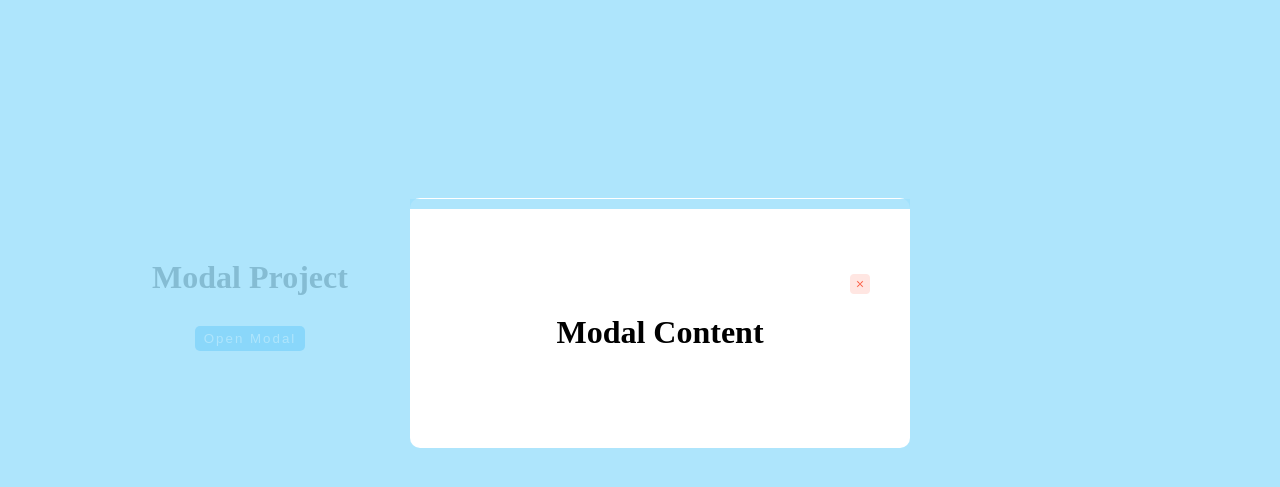
Repository: Trapti10/20-js-practice-projects-in-7-days-challenge
Page: Project_4_Modal_Project/index.html
These files come from the project's save history. The page is drawn as it stood at one moment and after the next save; the edit follows.
The browser window is 1280 px wide. The pictures show the whole page.

Above is the page before, as saved 2025-11-24 14:01:20.

### Project_4_Modal_Project/index.html
<!DOCTYPE html>
<html lang="en">
<head>
    <meta charset="UTF-8">
    <meta name="viewport" content="width=device-width, initial-scale=1.0">
    <title>Modal Project</title>
    <link rel="stylesheet" href="style.css">
</head>
<body>
    <div class="hero">
     <div class="bg-img"  background-img>

    </div>
    <div class="card">
        <h1>Modal Project</h1>

        <button class="Open">
            Open Modal
        </button>
       </div>
       </div>
       <div class="modal-overlay">
        <div class="madal-container">
            <header></header>
            <img src="assests/close.png" alt="">
            <div class="modalContent">
                <h1>Modal Content</h1>
            </div>
            <footer></footer>
        </div>
       </div>
    <script src="script.js"></script>
</body>
</html>

### Project_4_Modal_Project/style.css
*{
    margin: 0;
    padding: 0;
}
.hero{
    place-items: center;
}
.bg-img{
    height: 100vh;
    background-position: center center;
    background-repeat: no-repeat;
    position: relative;
    background-size: max(2200px, 100vw);
    background-image: url("https://png.pngtree.com/thumb_back/fh260/background/20230714/pngtree-simplicity-in-blue-a-living-room-interior-design-with-decor-and-image_3888158.jpg");
    background-repeat: no-repeat;
    align-items: center;
    margin-top: 0;
    align-items: center;

}

.card{
    position: absolute;
    top: 25%;
    background: white;
    min-height: 250px;
    min-width: 500px;
    display: flex;
    justify-content: center;
    align-items:center ;
    flex-direction: column;
    border: none;
    border-radius: 10px;
    gap: 30px;
}

button{
    height: 25px;
    width: 110px;
    color: white;
    background: rgb(29, 166, 246);
    border: none;
    letter-spacing: 2px;
    border-radius: 5px;
    padding: 0 4px;
}

button:hover{
    background: transparent;
    color: black;
    border: 2px solid rgb(29, 166, 246);
}

.modal-overlay{
    background: rgba(159, 225, 252, 0.84);
    position: fixed;
    top: 0;
    left: 0;
    width: 100%;
    height: 100%;
    place-items:center;
    display: grid;
    transition: 400ms ease;
    padding: 35px 20px;
    /* visibility: visible; */
    /* z-index: -10; */
}

.madal-container{
    position: absolute;
    top: 25%;
    background: white;
    min-height: 250px;
    min-width: 500px;
    /* position: fixed; */
    display: flex;
    justify-content: center;
    align-items:center ;
    flex-direction: column;
    border: none;
    border-radius: 10px;
    gap: 20px;
}

.madal-container img{
    height: 20px;
    right: 0;
    margin-left: 400px ;
    margin-top: 0px;
}

header{
    position: absolute;
    top: 1px;
    height: 10px;
    width: 100%;
    background: rgba(159, 225, 252, 0.84);
}

Loaded but not shown: Project_4_Modal_Project/script.js (no stored copy; drawn as an empty file)

After the next save:
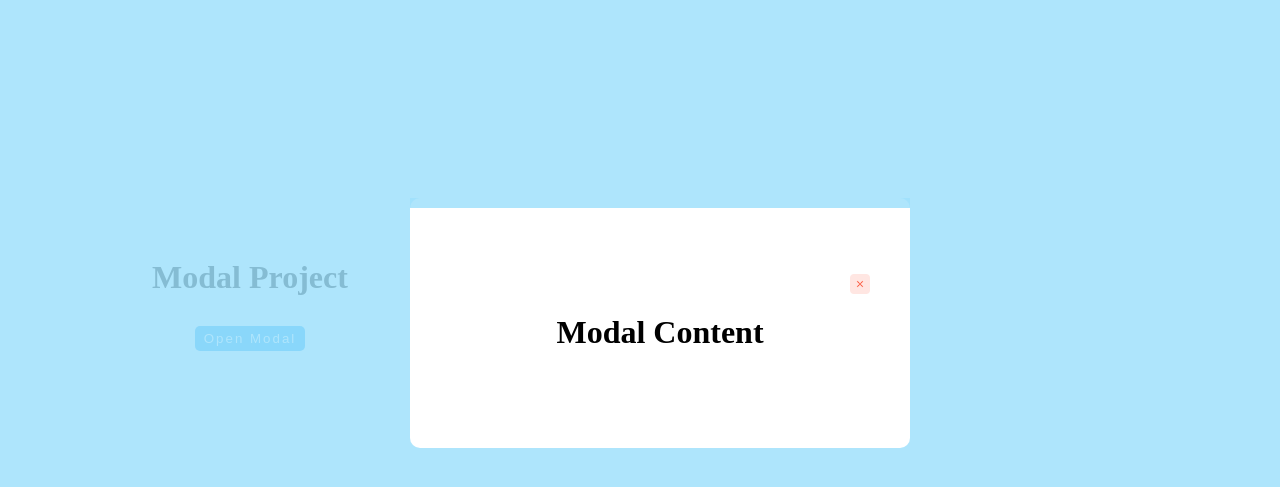
Saved 4 s later.
--- a/Project_4_Modal_Project/style.css
+++ b/Project_4_Modal_Project/style.css
@@ -91,7 +91,7 @@ button:hover{
 
 header{
     position: absolute;
-    top: 1px;
+    top: 0px;
     height: 10px;
     width: 100%;
     background: rgba(159, 225, 252, 0.84);
